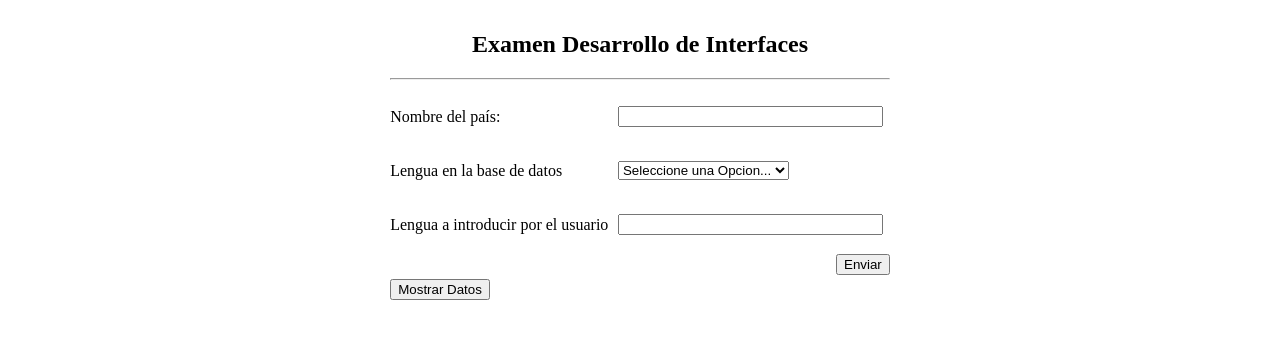
Repository: JulioBernad/ServletExamen
Page: http://localhost/DDI/Inicio.jsp
An editor plug-in stored every save of this project. The page is shown before and after the next save, followed by the edit.
The browser window is 1280 px wide. The pictures show the whole page.
The page is served by Tomcat 9. Nobody is signed in. The application's start-up code is not run.

Above is the page before, as saved 2016-11-17 15:42:36.

After the next save:
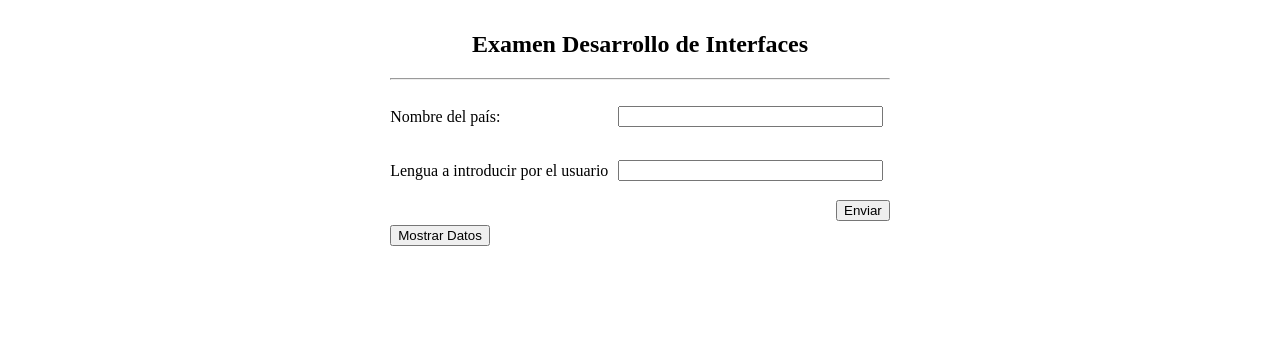
Saved 10 s later.
--- a/DDI/src/main/webapp/Inicio.jsp
+++ b/DDI/src/main/webapp/Inicio.jsp
@@ -17,17 +17,8 @@
 			<td><input type="text" id="pa" name="pa" size="30"></td>
 		</tr>
 		<tr>
-			<td><p>Lengua en la base de datos</p></td>
-			<td>
-				<select name="lengua1" class="cuadro" id="lengua1" onChange="Cambia(this)">
-					<option selected="selected">Seleccione una Opcion...</option>
-
-				</select>
-			</td>
-		</tr>
-		<tr>
 			<td><p>Lengua a introducir por el usuario</p></td>
-			<td><input type="text" id="lengua2" name="lengua2" size="30"></td>
+			<td><input type="text" id="lengua" name="lengua" size="30"></td>
 		</tr>
 		<tr>
 			<td colspan="2" align="right"><input type="submit" value="Enviar"></td>
